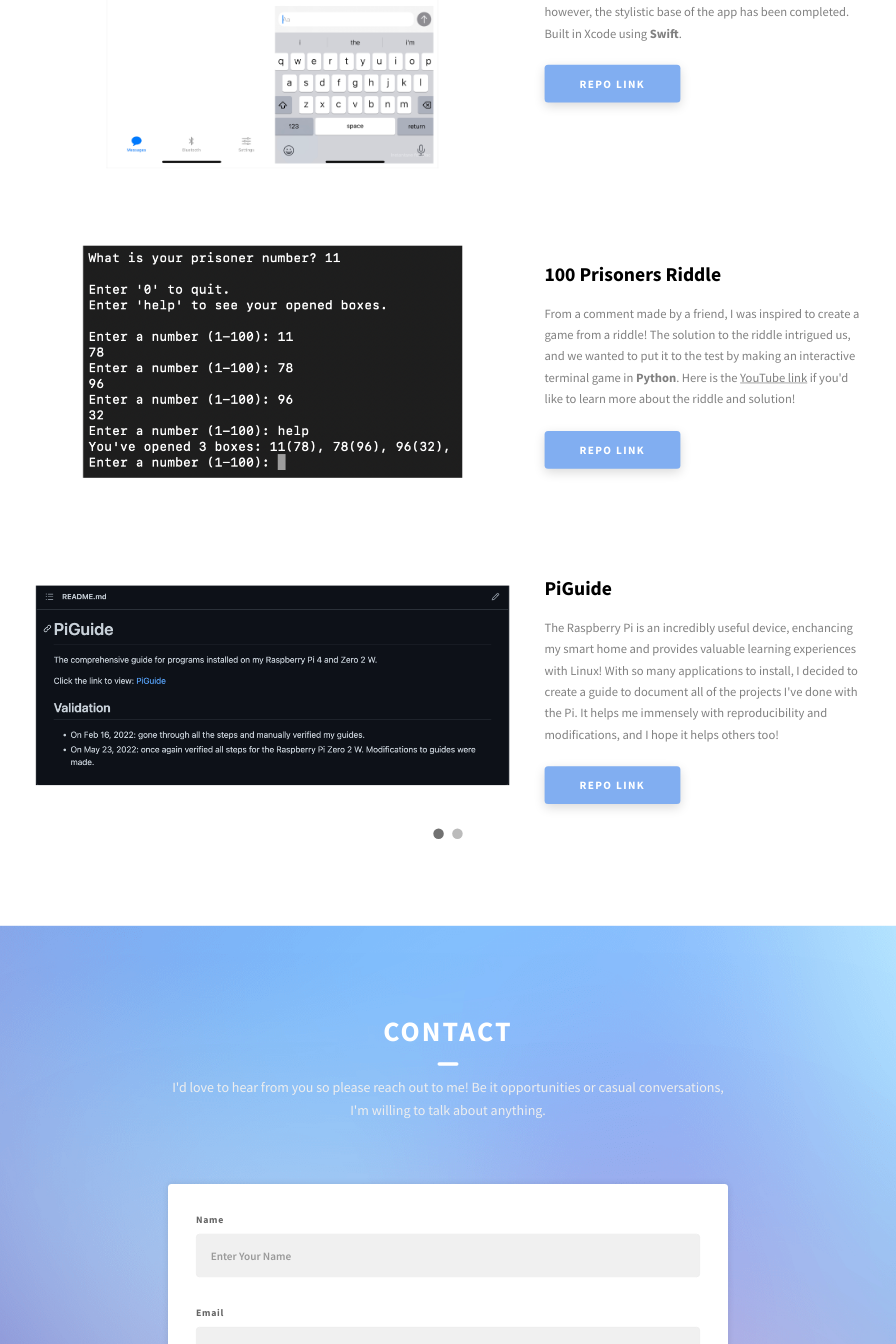
Repository: justinknguyen/Personal-Portfolio
Page: index.html
The author's editor kept a copy of each file at every save. The page is drawn from the files as they stood at one save, then again after the next save.
The browser window is 1280 px wide. The pictures show the part of the page from y = 3081 to 5001 px (the page is 6076 px tall), at 70% of full size.
The style sheet was rebuilt from its Sass, Less or Tailwind sources for each picture, by a compiler version that may differ from the author's.

Above is the page before, as saved 2022-09-09 22:05:48.

After the next save:
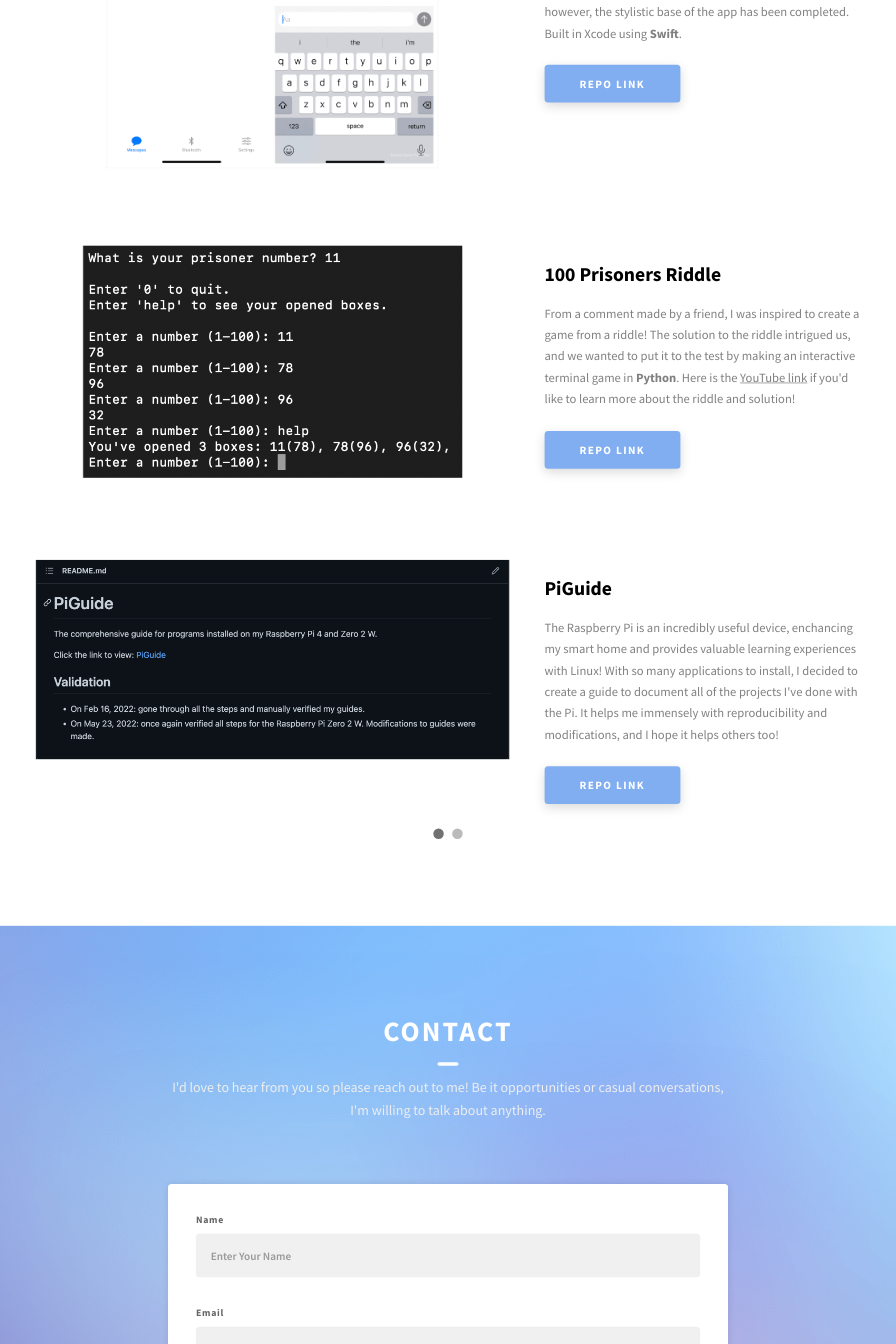
Saved 57 s later.
--- a/index.html
+++ b/index.html
@@ -317,7 +317,7 @@
                     alt="Software Screenshot"
                     class="projects__row-img"
                     loading="lazy"
-                    style="width: 100%; position: relative; left: 50%; top: 10%; transform: translateX(-50%);"
+                    style="width: 100%; position: relative; left: 50%; transform: translateX(-50%);"
                   />
                 </div>
                 <div class="projects__row-content">
@@ -436,7 +436,7 @@
                     alt="Software Screenshot"
                     class="projects__row-img"
                     loading="lazy"
-                    style="width: 100%; position: relative; left: 50%; top: 10%; transform: translateX(-50%);"
+                    style="width: 100%; position: relative; left: 50%; transform: translateX(-50%);"
                   />
                 </div>
                 <div class="projects__row-content">
